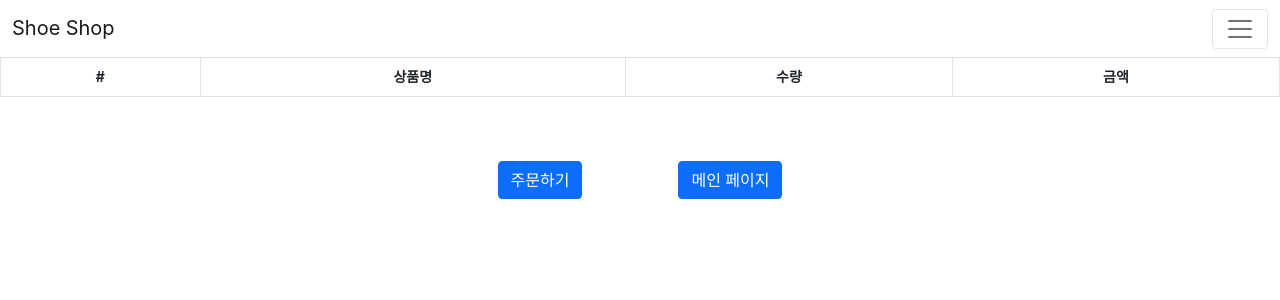
Repository: yangddoddi/shoe-store-pwa
Page: /#/cart
The author's editor kept a copy of each file at every save. The page is drawn from the files as they stood at one save, then again after the next save.
The browser window is 1280 px wide. The pictures show the whole page.
The project was rebuilt for these pictures with package versions that can differ from the ones it lists, and the page was loaded fresh each time.

Above is the page before, as saved 2022-04-11 20:39:41.

### public/index.html
<!DOCTYPE html>
<html lang="en">

<head>
  <meta charset="utf-8" />
  <link rel="icon" href="%PUBLIC_URL%/favicon.ico" />
  <meta name="viewport" content="width=device-width, initial-scale=1" />
  <meta name="theme-color" content="#000000" />
  <meta name="description" content="Web site created using create-react-app" />
  <link rel="apple-touch-icon" href="%PUBLIC_URL%/logo192.png" />
  <!--
      manifest.json provides metadata used when your web app is installed on a
      user's mobile device or desktop. See https://developers.google.com/web/fundamentals/web-app-manifest/
    -->
  <link rel="manifest" href="%PUBLIC_URL%/manifest.json" />
  <link rel="stylesheet" href="https://cdn.jsdelivr.net/npm/bootstrap@5.1.3/dist/css/bootstrap.min.css"
    integrity="sha384-1BmE4kWBq78iYhFldvKuhfTAU6auU8tT94WrHftjDbrCEXSU1oBoqyl2QvZ6jIW3" crossorigin="anonymous" />
  <!--
      Notice the use of %PUBLIC_URL% in the tags above.
      It will be replaced with the URL of the `public` folder during the build.
      Only files inside the `public` folder can be referenced from the HTML.

      Unlike "/favicon.ico" or "favicon.ico", "%PUBLIC_URL%/favicon.ico" will
      work correctly both with client-side routing and a non-root public URL.
      Learn how to configure a non-root public URL by running `npm run build`.
    -->
  <title>React App</title>
</head>

<body>
  <noscript>You need to enable JavaScript to run this app.</noscript>
  <div id="root"></div>
  <!--
      This HTML file is a template.
      If you open it directly in the browser, you will see an empty page.

      You can add webfonts, meta tags, or analytics to this file.
      The build step will place the bundled scripts into the <body> tag.

      To begin the development, run `npm start` or `yarn start`.
      To create a production bundle, use `npm run build` or `yarn build`.
    -->
</body>

</html>

### src/index.js
import React from "react";
import * as ReactDOM from "react-dom/client";
import "./index.css";
import App from "./App";
import * as serviceWorkerRegistration from "./serviceWorkerRegistration";
import reportWebVitals from "./reportWebVitals";

import { HashRouter } from "react-router-dom";
import { Provider } from "react-redux";
import { combineReducers, createStore } from "redux";

let defaultState = [
  // { id: 0, name: "good shoes", quantity: 1, price: 100 },
  // { id: 1, name: "air Max 97", quantity: 1, price: 200 },
  // { id: 2, name: "NB 993", quantity: 1, price: 250 },
  // { id: 3, name: "bad shoes", quantity: 1, price: 10 },
  // { id: 4, name: "slippers", quantity: 1, price: 90 },
  // { id: 5, name: "baby shoes", quantity: 1, price: 500 },
];

let alertDefault = true;

let store = createStore(combineReducers({ reducer, reducer2 }));

function reducer(state = defaultState, action) {
  let setState = [...state];

  if (action.type === "order") {
    const sameProduct = setState.find((e) => e.id == action.payload.id);
    if (sameProduct) {
      sameProduct.quantity++;
      return setState;
    } else {
      setState.push(action.payload);
      return setState;
    }
  }

  if (action.type === "increase") {
    console.log(action.payload.id);
    const sameProduct = setState.find((e) => e.id == action.payload.id);
    if (sameProduct) {
      sameProduct.quantity++;
      return setState;
    }
  } else if (action.type === "decrease") {
    const sameProduct = setState.find((e) => e.id == action.payload.id);
    if (sameProduct && sameProduct.quantity > 0) {
      sameProduct.quantity--;
      return setState;
    }
  }
  {
    return state;
  }
}

function reducer2(state = alertDefault, action) {
  let setState = state;
  if (action.type === "exitAlert") {
    setState = false;
    return setState;
  } else return setState;
}

const root = ReactDOM.createRoot(document.getElementById("root"));
root.render(
  <HashRouter>
    <Provider store={store}>
      <App />
    </Provider>
  </HashRouter>
);

// If you want your app to work offline and load faster, you can change
// unregister() to register() below. Note this comes with some pitfalls.
// Learn more about service workers: https://cra.link/PWA
serviceWorkerRegistration.register();

// If you want to start measuring performance in your app, pass a function
// to log results (for example: reportWebVitals(console.log))
// or send to an analytics endpoint. Learn more: https://bit.ly/CRA-vitals
reportWebVitals();

### src/App.js
import React, { useState, useContext, lazy, Suspense } from "react";
import "./App.css";
import { Link, Route, Switch, useHistory } from "react-router-dom";
import axios from "axios";
import Draggable from "react-draggable";

import {
  Navbar,
  Container,
  Offcanvas,
  Nav,
  Form,
  Button,
  NavDropdown,
  FormControl,
} from "react-bootstrap";
import CartPage from "./Cart.js";
import productData from "./data.js";
// import DetailPageItem from "./detailPageItems.js";
let Detail = lazy(() => import("./detailPageItems.js"));

let stockContext = React.createContext();

let recentlyViewedProduct = localStorage.getItem("data");
let recentlyViewedArr = JSON.parse(recentlyViewedProduct);

function App() {
  let history = useHistory();

  let [product, setProduct] = useState(productData);
  let [loading, setLoading] = useState(false);
  let [stock, setStock] = useState([3, 7, 2]);
  const [sidePosition, setSidePosition] = useState({ x: 0, y: 0 });
  const trackPos = (data) => {
    setSidePosition({ x: data.x, y: data.y });
  };

  function loadItems() {
    setLoading(true);
    axios
      .get("https://codingapple1.github.io/shop/data2.json")
      .then((json) => {
        setProduct([...product, ...json.data]);
        setLoading(false);
      })
      .catch(() => {
        alert("서버 요청에 실패했습니다.");
      });
  }

  return (
    <div className="App">
      <NewNavbar />
      {recentlyViewedArr ? (
        <Sidebar
          history={history}
          sidePosition={sidePosition}
          setSidePosition={setSidePosition}
          trackPos={trackPos}
        />
      ) : null}
      <Switch>
        <Route exact path="/">
          <Jumbotron />
          <stockContext.Provider value={stock}>
            <ShopItemList product={product} history={history} />
          </stockContext.Provider>
          {loading ? <LoadingSpinner /> : null}
          <button className="btn btn-primary m-5" onClick={loadItems}>
            더보기
          </button>
        </Route>
        <Route path="/detail/:id">
          <Suspense fallback={<div>로딩중</div>}>
            <Detail product={product} stock={stock} setStock={setStock} />
          </Suspense>
        </Route>
        <Route path="/cart">
          <CartPage product={product} />
        </Route>
      </Switch>
    </div>
  );
}

function NewNavbar() {
  return (
    <Navbar bg="white" expand={false}>
      <Container fluid>
        <Navbar.Brand href="#">Shoe Shop</Navbar.Brand>
        <Navbar.Toggle aria-controls="offcanvasNavbar" />
        <Navbar.Offcanvas
          id="offcanvasNavbar"
          aria-labelledby="offcanvasNavbarLabel"
          placement="end"
        >
          <Offcanvas.Header closeButton>
            <Offcanvas.Title id="offcanvasNavbarLabel">
              Shoe Shop
            </Offcanvas.Title>
          </Offcanvas.Header>
          <Offcanvas.Body>
            <Nav className="justify-content-end flex-grow-1 pe-3">
              <Nav.Link as={Link} className="link" to="/">
                Home
              </Nav.Link>
              <Nav.Link as={Link} className="link" to="../cart">
                Cart
              </Nav.Link>
            </Nav>
          </Offcanvas.Body>
        </Navbar.Offcanvas>
      </Container>
    </Navbar>
  );
}

function Jumbotron() {
  return (
    <div className="jumbotron">
      <h1 className="display-4">premium shoe market!</h1>
      <p className="lead">All the shoes you want are on our page</p>
      <hr className="my-4" />
      <p>
        Reasonable price <br />
        The highest quality
      </p>
      <p className="lead">
        <a className="btn btn-primary btn-lg" href="#" role="button">
          Buy now
        </a>
      </p>
    </div>
  );
}

function ShopItemList(props) {
  return (
    <div className="container">
      <div className="row shopItemList">
        {props.product.map((e, i) => {
          return (
            <ShopItems
              product={e}
              index={i}
              key={e.id}
              history={props.history}
            />
          );
        })}
      </div>
    </div>
  );
}

function ShopItems(props) {
  let stock = useContext(stockContext);

  return (
    <div
      className="col-md-4 shopItem"
      onClick={() => {
        props.history.push(`/detail/${props.product.id}`);
      }}
    >
      <img
        src={`https://codingapple1.github.io/shop/shoes${
          props.product.id + 1
        }.jpg`}
      />
      <h5>{props.product.title}</h5>
      <p>{props.product.content}</p>
      <p>{props.product.price}</p>
      <p>stock : {stock[props.product.id]}</p>
    </div>
  );
}

function LoadingSpinner() {
  return (
    <div className="spinner-border text-primary loading" role="status">
      <span class="sr-only">Loading...</span>
    </div>
  );
}

function Sidebar(props) {
  return (
    <Draggable onDrag={(e, data) => props.trackPos(data)}>
      <aside className="sidebar">
        <p>최근 본 상품</p>
        {recentlyViewedArr.map((num) => {
          return (
            <img
              src={`https://codingapple1.github.io/shop/shoes${num + 1}.jpg`}
              draggable="false"
              onClick={() => {
                props.history.push(`/detail/${num}`);
              }}
            />
          );
        })}
      </aside>
    </Draggable>
  );
}

export default App;

### src/serviceWorkerRegistration.js
// This optional code is used to register a service worker.
// register() is not called by default.

// This lets the app load faster on subsequent visits in production, and gives
// it offline capabilities. However, it also means that developers (and users)
// will only see deployed updates on subsequent visits to a page, after all the
// existing tabs open on the page have been closed, since previously cached
// resources are updated in the background.

// To learn more about the benefits of this model and instructions on how to
// opt-in, read https://cra.link/PWA

const isLocalhost = Boolean(
  window.location.hostname === 'localhost' ||
    // [::1] is the IPv6 localhost address.
    window.location.hostname === '[::1]' ||
    // 127.0.0.0/8 are considered localhost for IPv4.
    window.location.hostname.match(/^127(?:\.(?:25[0-5]|2[0-4][0-9]|[01]?[0-9][0-9]?)){3}$/)
);

export function register(config) {
  if (process.env.NODE_ENV === 'production' && 'serviceWorker' in navigator) {
    // The URL constructor is available in all browsers that support SW.
    const publicUrl = new URL(process.env.PUBLIC_URL, window.location.href);
    if (publicUrl.origin !== window.location.origin) {
      // Our service worker won't work if PUBLIC_URL is on a different origin
      // from what our page is served on. This might happen if a CDN is used to
      // serve assets; see https://github.com/facebook/create-react-app/issues/2374
      return;
    }

    window.addEventListener('load', () => {
      const swUrl = `${process.env.PUBLIC_URL}/service-worker.js`;

      if (isLocalhost) {
        // This is running on localhost. Let's check if a service worker still exists or not.
        checkValidServiceWorker(swUrl, config);

        // Add some additional logging to localhost, pointing developers to the
        // service worker/PWA documentation.
        navigator.serviceWorker.ready.then(() => {
          console.log(
            'This web app is being served cache-first by a service ' +
              'worker. To learn more, visit https://cra.link/PWA'
          );
        });
      } else {
        // Is not localhost. Just register service worker
        registerValidSW(swUrl, config);
      }
    });
  }
}

function registerValidSW(swUrl, config) {
  navigator.serviceWorker
    .register(swUrl)
    .then((registration) => {
      registration.onupdatefound = () => {
        const installingWorker = registration.installing;
        if (installingWorker == null) {
          return;
        }
        installingWorker.onstatechange = () => {
          if (installingWorker.state === 'installed') {
            if (navigator.serviceWorker.controller) {
              // At this point, the updated precached content has been fetched,
              // but the previous service worker will still serve the older
              // content until all client tabs are closed.
              console.log(
                'New content is available and will be used when all ' +
                  'tabs for this page are closed. See https://cra.link/PWA.'
              );

              // Execute callback
              if (config && config.onUpdate) {
                config.onUpdate(registration);
              }
            } else {
              // At this point, everything has been precached.
              // It's the perfect time to display a
              // "Content is cached for offline use." message.
              console.log('Content is cached for offline use.');

              // Execute callback
              if (config && config.onSuccess) {
                config.onSuccess(registration);
              }
            }
          }
        };
      };
    })
    .catch((error) => {
      console.error('Error during service worker registration:', error);
    });
}

function checkValidServiceWorker(swUrl, config) {
  // Check if the service worker can be found. If it can't reload the page.
  fetch(swUrl, {
    headers: { 'Service-Worker': 'script' },
  })
    .then((response) => {
      // Ensure service worker exists, and that we really are getting a JS file.
      const contentType = response.headers.get('content-type');
      if (
        response.status === 404 ||
        (contentType != null && contentType.indexOf('javascript') === -1)
      ) {
        // No service worker found. Probably a different app. Reload the page.
        navigator.serviceWorker.ready.then((registration) => {
          registration.unregister().then(() => {
            window.location.reload();
          });
        });
      } else {
        // Service worker found. Proceed as normal.
        registerValidSW(swUrl, config);
      }
    })
    .catch(() => {
      console.log('No internet connection found. App is running in offline mode.');
    });
}

export function unregister() {
  if ('serviceWorker' in navigator) {
    navigator.serviceWorker.ready
      .then((registration) => {
        registration.unregister();
      })
      .catch((error) => {
        console.error(error.message);
      });
  }
}

### src/App.css
@import "~antd/dist/antd.css";

.App {
  text-align: center;
}

.App-logo {
  height: 40vmin;
  pointer-events: none;
}

.sidebar {
  background-color: white;
  position: fixed;
  right: 0px;
  top: 100px;
  display: flex;
  flex-direction: column;
  width: 100px;
  opacity: 90%;
  border-radius: 10px;
  border: whitesmoke 1px solid;
  cursor: move;
  user-select: none;
}

.sidebar p {
  background-color: whitesmoke;
  color: black;
  padding: 10px 0px;
  border-radius: 10px;
  margin-bottom: 0px;
}

.sidebar img {
  padding-bottom: 10px;
  cursor: pointer;
  border: whitesmoke 1px solid;
}

.jumbotron {
  padding: 80px 0px;
  background-image: url(../src/shoes.jpg);
  background-size: cover;
  background-position: center;
  background-color: beige;
  color: white;
}

.jumbotron h1 {
  color: white;
}

.shopItem {
  margin-top: 50px;
}

.shopItem p {
  margin-bottom: 0px;
  color: rgba(0, 0, 0, 0.5);
}

.shopItemList img {
  width: 100%;
}

.loading {
  display: block;
  margin: 100px auto 50px auto;
}

.link {
  text-decoration: none;
}

.shopItemList {
  cursor: pointer;
}

@media (prefers-reduced-motion: no-preference) {
  .App-logo {
    animation: App-logo-spin infinite 20s linear;
  }
}

.App-header {
  background-color: #282c34;
  min-height: 100vh;
  display: flex;
  flex-direction: column;
  align-items: center;
  justify-content: center;
  font-size: calc(10px + 2vmin);
  color: white;
}

.App-link {
  color: #61dafb;
}

@keyframes App-logo-spin {
  from {
    transform: rotate(0deg);
  }
  to {
    transform: rotate(360deg);
  }
}

### src/Cart.js
import React, { useEffect } from "react";
import { Table } from "react-bootstrap";
import { useDispatch, useSelector } from "react-redux";
import { Button } from "react-bootstrap";

function Cart() {
  let state = useSelector((state) => state);
  let dispatch = useDispatch();

  return (
    <CartTable
      product={state.reducer}
      setAlert={state.reducer2}
      dispatch={dispatch}
    />
  );
}

function CartTable(props) {
  return (
    <>
      <Table striped bordered hover>
        <thead>
          <tr>
            <th>#</th>
            <th>상품명</th>
            <th>수량</th>
            <th>금액</th>
          </tr>
        </thead>
        <tbody>
          {props.product.map((e, i) => {
            return (
              <tr>
                <td>{e.id}</td>
                <td>{e.name}</td>
                <td>{e.quantity}</td>
                <td>{e.price * e.quantity}$</td>
                <td>
                  <button
                    onClick={() => {
                      props.dispatch({
                        type: "increase",
                        payload: { id: e.id },
                      });
                    }}
                  >
                    +
                  </button>
                  <button
                    onClick={() => {
                      props.dispatch({
                        type: "decrease",
                        payload: { id: e.id },
                      });
                    }}
                  >
                    -
                  </button>
                </td>
              </tr>
            );
          })}
        </tbody>
      </Table>
      <Button className="btn btn-primary m-5" href="/">
        주문하기
      </Button>
      <Button className="btn btn-primary m-5" href="/">
        메인 페이지
      </Button>
    </>
  );
}

export default Cart;

### src/data.js
export default [
  {
    id: 0,
    title: "White and Black",
    content: "Born in France",
    price: 120000,
  },

  {
    id: 1,
    title: "Red Knit",
    content: "Born in Seoul",
    price: 110000,
  },

  {
    id: 2,

    title: "Grey Yordan",
    content: "Born in the States",
    price: 130000,
  },
];

Loaded but not shown: src/index.css (common file); src/reportWebVitals.js (common file)

After the next save:
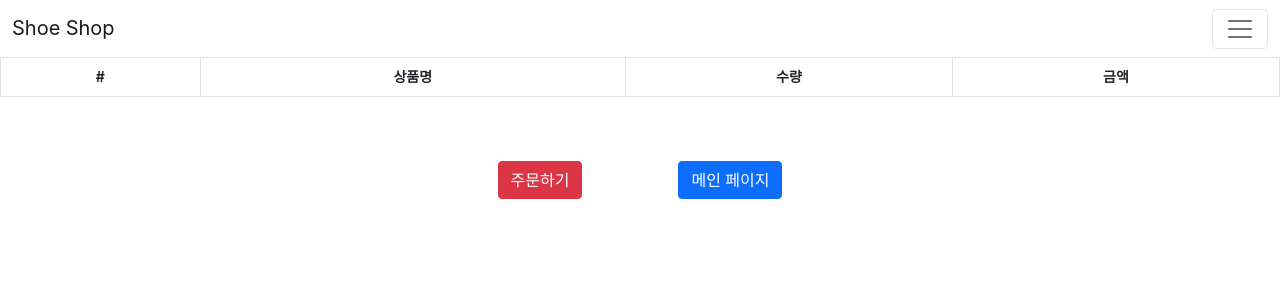
Saved 10 s later.
--- a/src/Cart.js
+++ b/src/Cart.js
@@ -63,7 +63,7 @@ function CartTable(props) {
           })}
         </tbody>
       </Table>
-      <Button className="btn btn-primary m-5" href="/">
+      <Button className="btn btn-danger m-5" href="/">
         주문하기
       </Button>
       <Button className="btn btn-primary m-5" href="/">
